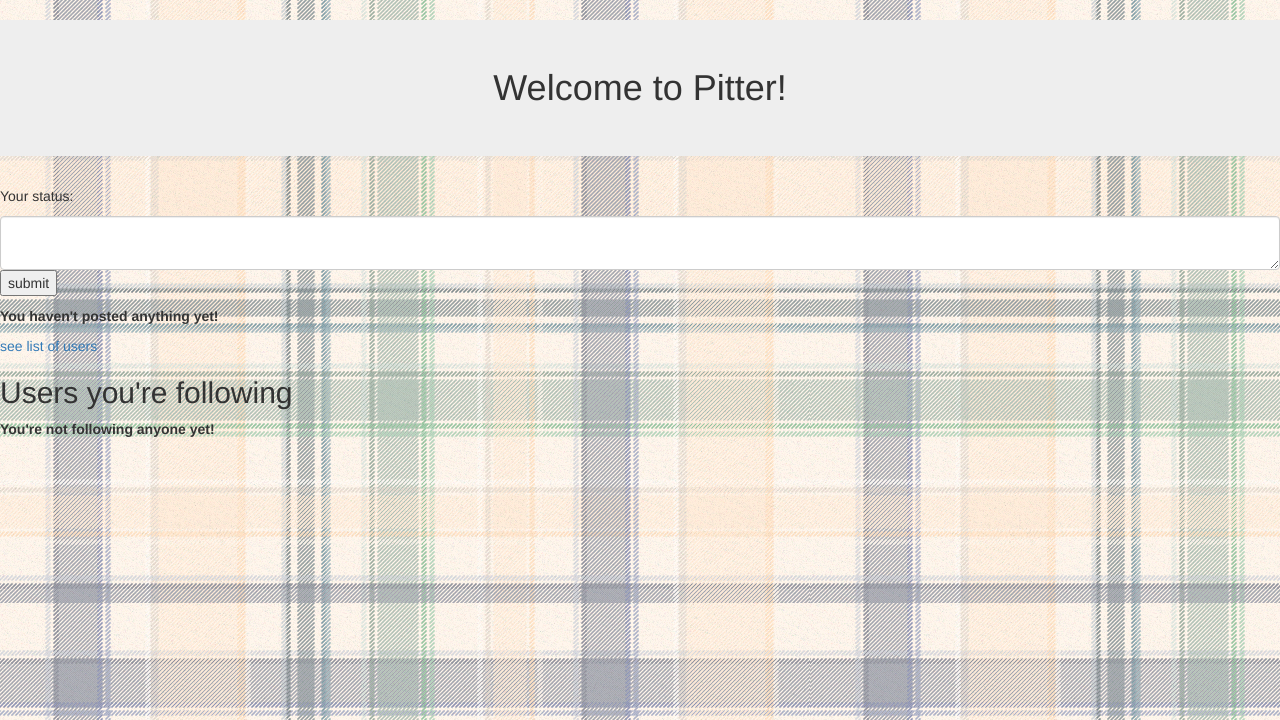
Repository: PercyODI/pitter
Page: http://localhost/
The author's editor kept a record of every edit. The page is drawn from the files as they stood at one moment, then again after the next edit.
The browser window is 1280 px wide. The pictures show the whole page.
The page is run by PHP 8.4 with error messages shown; the project is at /var/www/html/. Queries for data that is not in the repository find no rows.

Above is the page before.

After the next edit:
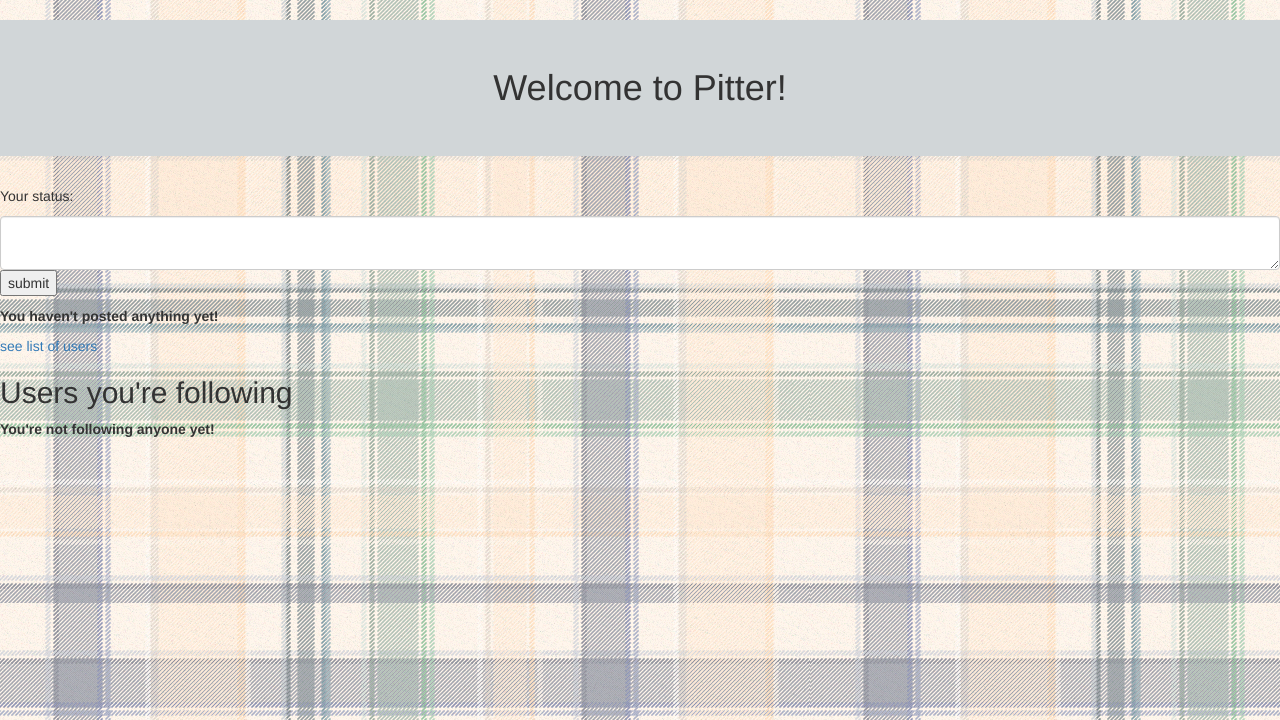
The edit:
--- a/index.php
+++ b/index.php
@@ -13,9 +13,9 @@
         <link href="css/bootstrap.css" rel="stylesheet">
     </head>
     <body>
+        <br>
+        <h1 class="jumbotron centerfy" style='background-color: #D1D6D8'>Welcome to Pitter!</h1>
 
-            <br>
-            <h1 class="jumbotron centerfy">Welcome to Pitter!</h1>
             <?php
                 if(isset($_SESSION['message'])) {
                     echo "<div class='alert alert-info fade in'><a href='#' class='close' data-dismiss='alert'>&times;</a>" . $_SESSION['message'] . "</div>";
